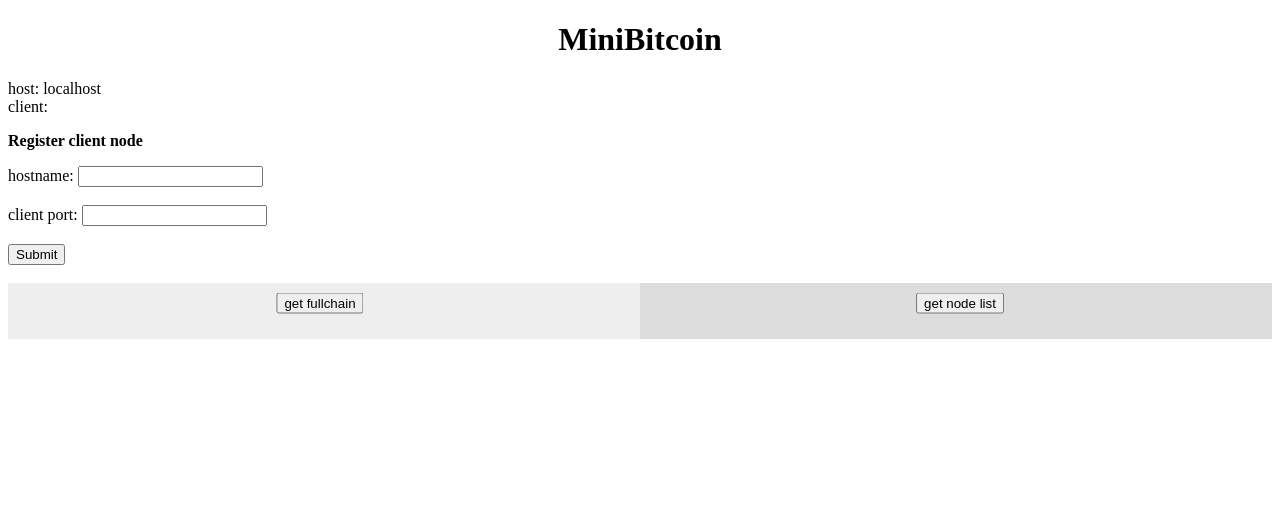
Repository: lam4562311/Minibitcoin
Page: templates/homepage.html
An editor plug-in stored every save of this project. The page is shown before and after the next save, followed by the edit.
The browser window is 1280 px wide. The pictures show the whole page.
Some web libraries are served in a nearby version. The template is drawn by Flask 3. The application's start-up code is not run. Other server files are loaded and not shown. The template is opened directly, without the code that normally fills it, so the values that code supplies are empty.

Above is the page before, as saved 2022-04-09 17:32:30.

### templates/homepage.html
<!DOCTYPE html>
<html>
<head>
    <style>
        .center {
          margin:10px 0px 10px 0px;
          position: absolute;
          left: 25%;
          -ms-transform: translate(-50%, -50%);
          transform: translate(-50%, -50%);
        }

        /* Create two equal columns that floats next to each other */
        .column {
            flex: 50%;
            padding: 10px;
        }

        /* Clear floats after the columns */
        .row {
            display: flex;
        </style>
</head>
    <body>

        <h1><center> MiniBitcoin </center></h1>
        <span> host:</span>
        <span id="hostname_span"></span><br>
        <span>client:</span>
        <span id="client_id_span"></span><br>
        <p><strong>Register client node</strong><br>
        </p>
        <form  method="post" id="Register_form">
            <label for="hostname">hostname:</label>
            <input type="text" id="node" name="node"><br><br>
            <label for="port">client port:</label>
            <input type="text" id="com_port" name="com_port"><br><br>
            <input type="submit" value="Submit" id="form_submit">
        </form>
        <span id="register_node_span"></span>
        <br>
        <div class="row">
            <div class="column" style="background-color:#EEEEEE">
                    <div class="center">
                        <button id="get_chain_bt">get fullchain</button>
                    </div>
                <br>
                <span id="fullchain_span"></span>
                <br>

            </div>
            <div class="column" style="background-color:#DDDDDD">
                    <div class="center" style="left:75% !important">
                        <button id="get_node_bt">get node list</button>
                    </div>
                <br>
                <span id="node_list_span"></span>
                <br>
            </div>
        </div>

    <script src="//ajax.googleapis.com/ajax/libs/jquery/1.9.1/jquery.min.js"></script>
    <script src="{{url_for("static", filename="index.js")}}"></script>
    </body>
</html>

### static/index.js
let get_chain_bt = document.querySelector("#get_chain_bt");
let get_node_bt = document.querySelector("#get_node_bt");

let full_chain_span = document.querySelector("#fullchain_span")
let full_node_span = document.querySelector("#node_list_span")
let hostname_span = document.querySelector("#hostname_span")
let client_id_span = document.querySelector("#client_id_span")
let register_node_span = document.querySelector("#register_node_span")
let Register_node_submit_listener = document.getElementById("Register_form").addEventListener("submit", formSubmit);

hostname_span.innerHTML = window.location.hostname;
client_id_span.innerHTML = window.location.port;

function get_full_chain(){
    $.ajax({
        type: "GET",
        contentType: "application/json; charset=utf-8",
        url:"/fullchain",
        dataType: "json",
        success: (data) => {
            full_chain_span.innerHTML = JSON.stringify(data);
        }
    });
    querystring = window.location.search;
}

function get_node_list(){
    $.ajax(
        {
            type: "GET",
            contentType: "application/json; charset: utf-8",
            url:"/get_nodes",
            dataType: "json",
            success: (data) => {
                full_node_span.innerHTML = JSON.stringify(data);
            }
        }
    )
}

function formSubmit(event) {
    event.preventDefault();
    $.ajax({
        url : "/register_node",
        type: 'post',
        data:$('#Register_form').serialize(),
        statusCode: {
            201: function(response) {
                register_node_span.innerHTML = JSON.stringify(response);
        },
        200: function(response) {
            alert(JSON.stringify(response.messages));
            register_node_span.innerHTML = "Total ndoe: "+JSON.stringify(response.total_nodes);
        },
      statusCode: {
        400: function(response) {
            alert(JSON.stringify(response.messages));
            register_node_span.innerHTML = "Total ndoe: "+JSON.stringify(response.total_nodes);
        },
    }
}
    });
  }
$(get_chain_bt).click(()=>get_full_chain());
$(get_node_bt).click(()=>get_node_list());

After the next save:
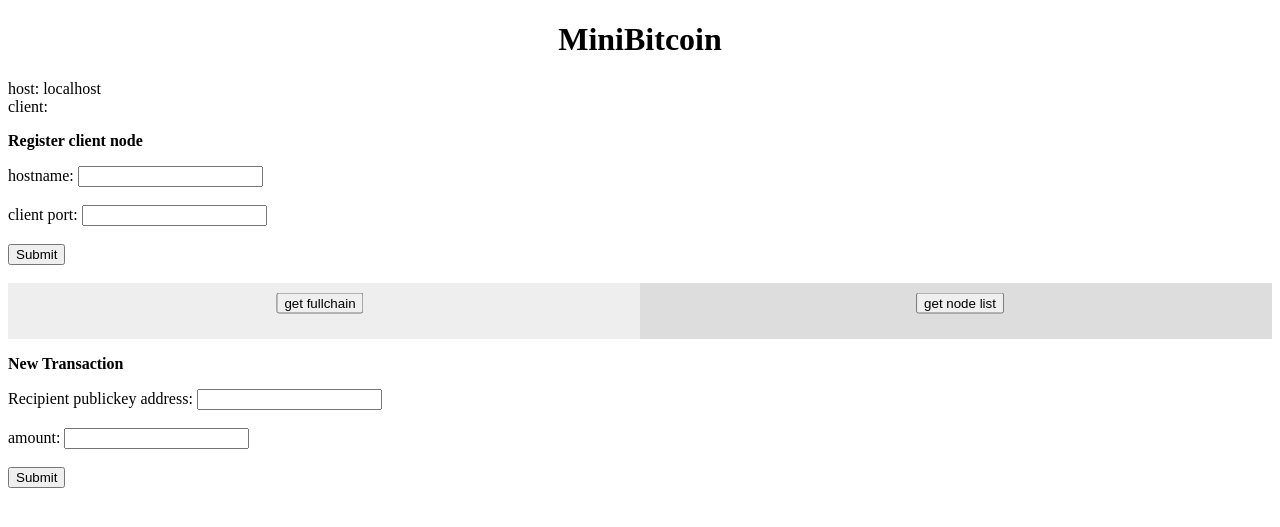
Saved 6 min 34 s later.
--- a/templates/homepage.html
+++ b/templates/homepage.html
@@ -58,7 +58,15 @@
                 <br>
             </div>
         </div>
-
+        <p><strong>New Transaction</strong><br>
+        </p>
+        <form  method="post" id="transaction_form">
+            <label for="recipient">Recipient publickey address:</label>
+            <input type="text" id="address" name="address"><br><br>
+            <label for="port"> amount:</label>
+            <input type="text" id="amount" name="amount"><br><br>
+            <input type="submit" value="Submit" id="transaction_submit">
+        </form>
     <script src="//ajax.googleapis.com/ajax/libs/jquery/1.9.1/jquery.min.js"></script>
     <script src="{{url_for("static", filename="index.js")}}"></script>
     </body>
